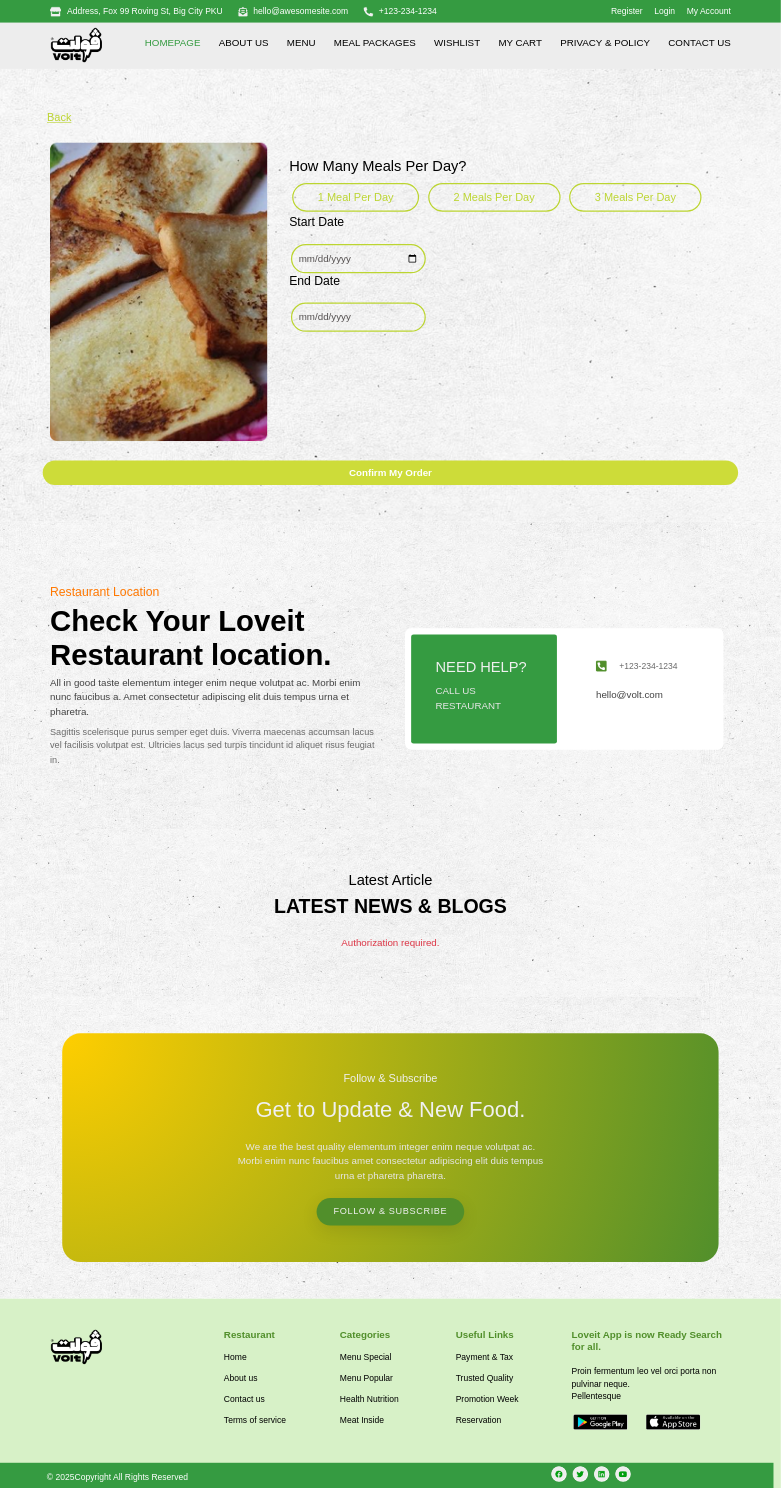
Repository: junivig/volt-new-project
Page: meal-packages-detail.html
An editor plug-in stored every save of this project. The page is shown before and after the next save, followed by the edit.
The browser window is 1280 px wide. The pictures show the whole page, at 61% of full size.

Above is the page before, as saved 2025-02-26 18:58:12.

### meal-packages-detail.html
<!DOCTYPE html>
<html lang="en">

<head>
  <meta charset="utf-8">
  <meta content="width=device-width, initial-scale=1.0" name="viewport">
  <title>Meal Packages Detail - Voltfood</title>
  <meta name="description" content="">
  <meta name="keywords" content="">

  <!-- Favicons -->
  <link href="assets/img/favicon.png" rel="icon">
  <link href="assets/img/apple-touch-icon.png" rel="apple-touch-icon">

  <!-- Fonts -->
  <link href="https://fonts.googleapis.com" rel="preconnect">
  <link href="https://fonts.gstatic.com" rel="preconnect" crossorigin>
  <link href="https://fonts.googleapis.com/css2?family=Roboto:ital,wght@0,100;0,300;0,400;0,500;0,700;0,900;1,100;1,300;1,400;1,500;1,700;1,900&family=Raleway:ital,wght@0,100;0,200;0,300;0,400;0,500;0,600;0,700;0,800;0,900;1,100;1,200;1,300;1,400;1,500;1,600;1,700;1,800;1,900&family=Ubuntu:ital,wght@0,300;0,400;0,500;0,700;1,300;1,400;1,500;1,700&display=swap" rel="stylesheet">

  <!-- Vendor CSS Files -->
  <link href="assets/vendor/bootstrap/css/bootstrap.min.css" rel="stylesheet">
  <link href="assets/vendor/bootstrap-icons/bootstrap-icons.css" rel="stylesheet">
  <link href="assets/vendor/aos/aos.css" rel="stylesheet">
  <link href="assets/vendor/glightbox/css/glightbox.min.css" rel="stylesheet">
  <link href="assets/vendor/swiper/swiper-bundle.min.css" rel="stylesheet">
  <link href="https://cdn.jsdelivr.net/npm/bootstrap@5.3.0/dist/css/bootstrap.min.css" rel="stylesheet">
    <script src="https://code.jquery.com/jquery-3.6.0.min.js"></script>
    <script src="https://cdn.jsdelivr.net/npm/bootstrap@5.3.0/dist/js/bootstrap.bundle.min.js"></script>
    <script src="https://cdn.jsdelivr.net/npm/flatpickr"></script>

  <!-- Main CSS File -->
  <link href="assets/css/main.css" rel="stylesheet">
  <script src="assets/js/constant.js"></script>
  <!-- Add Axios CDN -->
  <script src="https://cdn.jsdelivr.net/npm/axios/dist/axios.min.js"></script>

  <!-- =======================================================
  * Template Name: eNno
  * Template URL: https://bootstrapmade.com/enno-free-simple-bootstrap-template/
  * Updated: Aug 07 2024 with Bootstrap v5.3.3
  * Author: BootstrapMade.com
  * License: https://bootstrapmade.com/license/
  ======================================================== -->
</head>

<body class="index-page">

  <header id="header" class="header ">
    <div class="container-fluid  top-header">
      <div class="container-xl">
          <div class="row align-items-center">
              <div class="col-md-8 d-flex align-items-center">
                <nav id="navmenu" class="navmenu">
                  <ul>
                <li class="">
                  <img src="assets/img/location-icon.png" alt="Location Icon" class="icon-right">
                  <span class="top-header-text">Address, Fox 99 Roving St, Big City PKU</span>
              </li>
                <li class="">
                  <img src="assets/img/email-icon.png" alt="Email Icon" class="icon-right">
                  <span class="top-header-text">hello@awesomesite.com</span>
              </li>
              <li class="">
                <img src="assets/img/phone-icon.png" alt="Phone Icon" class="icon-right">
                <span class="top-header-text">+123-234-1234</span>
            </li>
                  </ul>
                </nav>
              </div>
              <div class="col-md-4 text-end">
                  <a href="auth.html" >Register</a>
                  <a href="auth.html">Login</a>
                  <a href="my-account.html">My Account</a>
              </div>
          </div>
        </div>
  </div>
    <div class="container-fluid container-xl position-relative d-flex align-items-center">

      <a href="index.html" class="logo d-flex align-items-center me-auto">

        <img src="assets/img/logo.png" alt="Logo Image">
      </a>

      <nav id="navmenu" class="navmenu">
        <ul>
          <li><a href="index.html" class="active">HOMEPAGE</a></li>
          <li><a href="about.html">ABOUT US</a></li>
          <li><a href="menu.html">MENU</a></li>
          <li><a href="meal-packages.html">MEAL PACKAGES</a></li>
          <li><a href="wishlist.html">WISHLIST</a></li>
          <li><a href="cart.html">MY CART</a></li>
          <li><a href="privacy-and-policy.html">PRIVACY & POLICY</a></li>
          <li><a href="contact.html">CONTACT US</a></li>
          <!-- <li class="dropdown"><a href="#"><span>Dropdown</span> <i class="bi bi-chevron-down toggle-dropdown"></i></a>
            <ul>
              <li><a href="#">Dropdown 1</a></li>
              <li class="dropdown"><a href="#"><span>Deep Dropdown</span> <i class="bi bi-chevron-down toggle-dropdown"></i></a>
                <ul>
                  <li><a href="#">Deep Dropdown 1</a></li>
                  <li><a href="#">Deep Dropdown 2</a></li>
                  <li><a href="#">Deep Dropdown 3</a></li>
                  <li><a href="#">Deep Dropdown 4</a></li>
                  <li><a href="#">Deep Dropdown 5</a></li>
                </ul>
              </li>
              <li><a href="#">Dropdown 2</a></li>
              <li><a href="#">Dropdown 3</a></li>
              <li><a href="#">Dropdown 4</a></li>
            </ul>
          </li> -->
        </ul>
        <i class="mobile-nav-toggle d-xl-none bi bi-list"></i>
      </nav>

      <!-- <a class="btn-getstarted" href="index.html#about">Get Started</a> -->

    </div>
  </header>

  <main class="main">


            <!-- Signature Section -->
            <section id="signature" class="signature section light-background bg-image">
              <a href="meal-packages.html"><button class="btn btn-back">Back</button></a>
              <!-- Section Title -->
              <div class="container section-title" data-aos="fade-up">
              </div><!-- End Section Title -->

              <div class="container">
                <div class="row">
                  <div class="col-lg-4 col-md-4 col-sm-12">
                      <img id="package-image" src="assets/img/meal-package-detail-img.png" alt="Meal Image" class="meal-image">
                  </div>
                  <div class="col-lg-8 col-md-8 col-sm-12 px-4">
                      <h2 id="package-title" class="meal-package-detail-heading"></h2>
                      <p id="package-description" class="meal-package-detail-text"></p>
                      <h2 id="package-amount" class="meal-package-detail-heading"> </h2>

                      <div id="menu-days"></div> <!-- Dynamic Menu Days -->

                      <div class="row mt-4">
                        <h4>How Many Meals Per Day?</h4>
                        <div id="meal-options">
                            <span class="meal-option" data-value="1 Meal Per Day">1 Meal Per Day</span>
                            <span class="meal-option" data-value="2 Meals Per Day">2 Meals Per Day</span>
                            <span class="meal-option" data-value="3 Meals Per Day">3 Meals Per Day</span>
                        </div>

                        <br>

                        <!-- Start Date -->
                        <h5>Start Date</h5>
                        <div class="date-picker-container mt-3">
                            <input type="date" id="start-date" placeholder="Select Start Date">
                        </div>

                        <!-- End Date -->
                        <h5>End Date</h5>
                        <div class="date-picker-container mt-3">
                            <input type="date" id="end-date" placeholder="Select End Date" disabled>
                        </div>
                    </div>

                    <script>
                        $(document).ready(function () {
                            // Allow only one meal option to be selected at a time
                            $(".meal-option").on("click", function () {
                                $(".meal-option").removeClass("selected"); // Remove selection from all
                                $(this).addClass("selected"); // Select the clicked one
                            });

                            // Enable end date only after selecting start date
                            $("#start-date").on("change", function () {
                                let startDate = $(this).val();
                                if (startDate) {
                                    $("#end-date").prop("disabled", false); // Enable end date
                                    $("#end-date").attr("min", startDate); // Prevent selecting a past date
                                } else {
                                    $("#end-date").prop("disabled", true); // Keep it disabled if no start date
                                }
                            });
                        });
                    </script>
                  </div>
              </div>
                <div class="row mt-4">
                  <button class="btn btn-meal-details mt-2">Confirm My Order </button>
                </div>
              </div>
            </section><!-- /Signature Section -->

<!-- Location Section -->
<section id="about" class="about section bg-image">
<div class="container">
  <div class="row ">

    <div class="col-lg-6 d-flex flex-column justify-content-center" data-aos="fade-up">
      <h4 class="about-us-text">Restaurant Location</h4>
      <h1>Check Your Loveit Restaurant location.</h1>
      <p>All in good taste elementum integer enim neque volutpat ac. Morbi enim nunc
        faucibus a. Amet consectetur adipiscing elit duis tempus urna et pharetra.</p>

        <span class="about-inner-text">Sagittis scelerisque purus semper eget duis. Viverra maecenas accumsan lacus vel
          facilisis volutpat est. Ultricies lacus sed turpis tincidunt id aliquet risus feugiat in.</span>
      </div>
      <div class="col-lg-6 mt-5" data-aos="zoom-out" data-aos-delay="100">
        <div class="container mt-4">
          <div class="inner-features">
          <div class="row gy-4">
            <div class="col-lg-6 d-flex " data-aos="fade-up" data-aos-delay="100">
              <div class="location-item-inner position-relative">
                <div class="row">
                    <h4 class="location-inner-heading">NEED HELP?</h4>
                    <p class="location-inner-text">CALL US RESTAURANT</p>
                </div>
              </div>
            </div><!-- End Call US Item -->

            <div class="col-lg-6 d-flex" data-aos="fade-up" data-aos-delay="100">
              <div class="location-item-inner-two position-relative">
                <div class="row">

                  <div class="">
                    <img src="assets/img/call-icon.png" alt="Location Icon" class="icon-right">
                    <span class="experience-bullet-text">+123-234-1234</span>
                  </div>
                    <p class="features-inner-text mt-4">hello@volt.com</p>
                </div>
              </div>
            </div><!-- End Call US Item -->

          </div>
        </div>
        </div>
      </div>
    </div>
  </div>
</div>

</section><!-- /Experience Section -->


<!-- News Section -->
<section id="news" class="news section light-background bg-image">
  <!-- Section Title -->
  <div class="container section-title" data-aos="fade-up">
    <h4 class="news-us-text">Latest Article</h4>
    <h2>Latest News & Blogs</h2>
  </div>
  <!-- End Section Title -->
  <div class="container news-container" id="news-container">
    <div class="row gy-4" >
        <!-- Dynamic news will be injected here -->
    </div>
</div>
</section><!-- /News Section -->


<script>
 document.addEventListener("DOMContentLoaded", async function () {
    if (typeof apiBaseUrl === "undefined") {
        console.error("❌ apiBaseUrl is not defined!");
        return;
    }

    const apiUrl = `${apiBaseUrl}packages`;
    const params = new URLSearchParams(window.location.search);
    const packageId = params.get("id");

    // Get token from localStorage
    const token = localStorage.getItem("accessToken");

    if (!packageId) {
        console.error("❌ No package ID found in the URL.");
        return;
    }

    if (!token) {
        console.error("❌ No auth token found.");
        return;
    }

    try {
        const response = await fetch(`${apiUrl}/${packageId}`, {
            headers: {
                "Content-Type": "application/json",
                "Accept": "application/json",
                "Authorization": `Bearer ${token}`
            }
        });

        const responseData = await response.json();
        console.log("📦 Package Data:", responseData);

        if (!response.ok) {
            throw new Error(responseData.message || "Failed to fetch package details");
        }

        const packageInfo = responseData?.data?.package;
        if (!packageInfo) {
            console.warn("⚠️ No package data available.");
            return;
        }

        // Safely update package details
        const titleElement = document.getElementById("package-title");
if (titleElement) {
    titleElement.innerHTML = `<h2>${packageInfo.title || "No title available"}</h2>`;

    const amountElement = document.getElementById("package-amount");
if (amountElement) {
  amountElement.innerHTML = `<h4>Price: SR${packageInfo.amount || "No amount available"}</h4>`;
}
}

        const descriptionElement = document.getElementById("package-description");
        if (descriptionElement) descriptionElement.innerText = packageInfo.description || "No description available";

        const imageElement = document.getElementById("package-image");
if (imageElement) {
    imageElement.src = packageInfo.image ? `${imgBaseUrl}${packageInfo.image}` : "default-image.jpg";
    imageElement.alt = packageInfo.title || "Package Image";
}



        // Show Menu Days
        const menuDaysElement = document.getElementById("menu-days");
        if (menuDaysElement && packageInfo.menu_days) {
            let menuHtml = "";
            packageInfo.menu_days.forEach(day => {
                menuHtml += `
                    <div class="menu-day">
                        <h3 class="meal-package-detail-heading" >${day.day}</h3>
                        <ul class="meal-package-detail-text">
                            <li><strong>Breakfast:</strong> ${day.breakfast || 'N/A'}</li>
                            <li><strong>Lunch:</strong> ${day.lunch || 'N/A'}</li>
                            <li><strong>Dinner:</strong> ${day.dinner || 'N/A'}</li>
                        </ul>
                    </div>
                `;
            });
            menuDaysElement.innerHTML = menuHtml;
        }
    } catch (error) {
        console.error("🔥 Error fetching package data:", error.message);
    }
});

</script>


<!-- API News & Testimonial Implementation -->
<script>
  document.addEventListener("DOMContentLoaded", async function () {
      const token = localStorage.getItem("accessToken");

      // API URLs
      const newsApiUrl = `${apiBaseUrl}news`;
      const testimonialsApiUrl = `${apiBaseUrl}testimonials`;

      // DOM Elements
      const newsContainer = document.getElementById("news-container")?.querySelector(".row");
      const testimonialWrapper = document.getElementById("testimonial-wrapper");

      // Ensure containers exist
      if (!newsContainer) console.error("Error: news-container not found.");
      if (!testimonialWrapper) console.error("Error: testimonial-wrapper not found.");

      // Fetch Data Function
      async function fetchData(url, container, renderFunction) {
          try {
              if (!token) {
                  console.error("Error: No access token found!");
                  container.innerHTML = "<p class='text-center text-danger'>Authorization required.</p>";
                  return;
              }

              const response = await fetch(url, {
                  method: "GET",
                  headers: {
                      "Content-Type": "application/json",
                      "Accept": "application/json",
                      "Authorization": `Bearer ${token}`
                  }
              });

              const data = await response.json();
              if (data.status === 200) {
                  renderFunction(data.data);
              } else {
                  console.error("Failed to fetch data:", data.message);
                  container.innerHTML = "<p>Unable to load content at the moment.</p>";
              }
          } catch (error) {
              console.error("Error fetching data:", error);
              container.innerHTML = "<p>An error occurred while loading content.</p>";
          }
      }

      // Render News Function
      function renderNews(newsData) {
          newsContainer.innerHTML = "";
          newsData.news.forEach(item => {
              const newsHtml = `
                  <div class="col-lg-4 col-md-4 col-sm-12 mb-4">
                      <div class="news-item position-relative">
                          <div>     <img src="${imgBaseUrl}${item.image}"  alt="${item.title}"   style="width: 100%;"></div>
                          <div class="mt-3 px-3">
                              <img src="assets/img/calendar-icon.png" alt="Calendar Icon" class="icon-right">
                              <span class="news-date-text">March 17, 2022</span>
                          </div>
                          <h3 class="px-3 mt-2">${item.name}</h3>
                          <p class="px-3 mt-2">${item.description.substring(0, 150)}...</p>
                      </div>
                  </div>
              `;
              newsContainer.insertAdjacentHTML("beforeend", newsHtml);
          });
      }

      // Render Testimonials Function
      function renderTestimonials(testimonialsData) {
          testimonialWrapper.innerHTML = "";
          testimonialsData.testimonials.forEach(testimonial => {
              const testimonialHtml = `
                  <div class="swiper-slide">
                      <div class="testimonial-item">
                          <div class="testimonial-item-bg">
                              <p>
                                  <img src="assets/img/testimonials/testimonial-symbol.png" class="image-fluid" alt="">
                                  <br><br>
                                  <span>${testimonial.description}</span>
                              </p>
                          </div>
                          <img src="${imgBaseUrl}${testimonial.image}"  alt="${testimonial.title}" style="margin-top:-30px;" >
                          <h3>${testimonial.name}</h3>
                          <h4>${testimonial.designation}</h4>
                      </div>
                  </div>
              `;
              testimonialWrapper.insertAdjacentHTML("beforeend", testimonialHtml);
          });

          // Reinitialize Swiper
          new Swiper(".init-swiper", {
              loop: true,
              speed: 600,
              autoplay: { delay: 5000 },
              slidesPerView: 3,
              spaceBetween: 40,
              pagination: {
                  el: ".swiper-pagination",
                  type: "bullets",
                  clickable: true
              },
              breakpoints: {
                  320: { slidesPerView: 1, spaceBetween: 20 },
                  768: { slidesPerView: 2, spaceBetween: 30 },
                  1200: { slidesPerView: 3, spaceBetween: 40 }
              }
          });
      }

      // Fetch News & Testimonials
      if (newsContainer) fetchData(newsApiUrl, newsContainer, renderNews);
      if (testimonialWrapper) fetchData(testimonialsApiUrl, testimonialWrapper, renderTestimonials);
  });
</script>

  </main>

 <!-- /Subscribe Footer Section -->
  <!-- Footer will be loaded here -->
  <div id="footer-placeholder"></div>

  <script>
    // Load footer.html into the placeholder div
    fetch("footer.html")
        .then(response => response.text())
        .then(data => {
            document.getElementById("footer-placeholder").innerHTML = data;
        })
        .catch(error => console.error("Error loading footer:", error));
</script>

  <!-- Scroll Top -->
  <a href="#" id="scroll-top" class="scroll-top d-flex align-items-center justify-content-center"><i class="bi bi-arrow-up-short"></i></a>

  <!-- Preloader -->
  <div id="preloader"></div>

  <!-- Vendor JS Files -->
  <script src="assets/vendor/bootstrap/js/bootstrap.bundle.min.js"></script>
  <script src="assets/vendor/php-email-form/validate.js"></script>
  <script src="assets/vendor/aos/aos.js"></script>
  <script src="assets/vendor/glightbox/js/glightbox.min.js"></script>
  <script src="assets/vendor/purecounter/purecounter_vanilla.js"></script>
  <script src="assets/vendor/imagesloaded/imagesloaded.pkgd.min.js"></script>
  <script src="assets/vendor/isotope-layout/isotope.pkgd.min.js"></script>
  <script src="assets/vendor/swiper/swiper-bundle.min.js"></script>

  <!-- Main JS File -->
  <script src="assets/js/main.js"></script>

</body>

</html>

Loaded but not shown: assets/vendor/bootstrap/css/bootstrap.min.css (library); assets/vendor/bootstrap-icons/bootstrap-icons.css (library); assets/vendor/aos/aos.css (library); assets/vendor/glightbox/css/glightbox.min.css (library); assets/vendor/swiper/swiper-bundle.min.css (library); assets/vendor/bootstrap/js/bootstrap.bundle.min.js (library); assets/vendor/php-email-form/validate.js (common file); assets/vendor/aos/aos.js (library); assets/vendor/glightbox/js/glightbox.min.js (library); assets/vendor/purecounter/purecounter_vanilla.js (library); assets/vendor/imagesloaded/imagesloaded.pkgd.min.js (library); assets/vendor/isotope-layout/isotope.pkgd.min.js (library); assets/vendor/swiper/swiper-bundle.min.js (library); assets/js/main.js (209 lines, source omitted); assets/js/constant.js (3 lines, source omitted); assets/css/main.css (2883 lines, source omitted); footer.html (93 lines, source omitted)

After the next save:
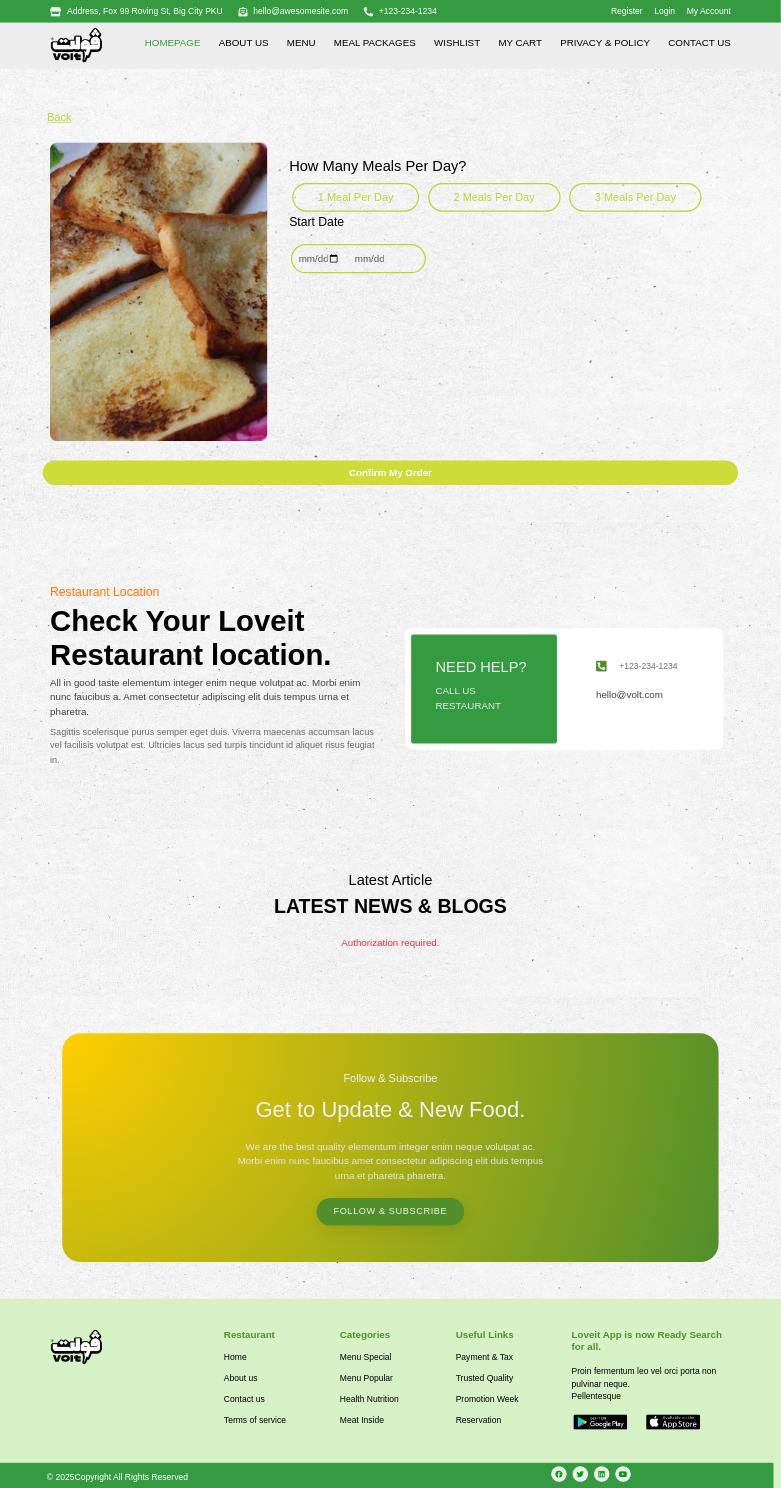
Saved 82 s later.
--- a/meal-packages-detail.html
+++ b/meal-packages-detail.html
@@ -153,13 +153,16 @@
                         <!-- Start Date -->
                         <h5>Start Date</h5>
                         <div class="date-picker-container mt-3">
-                            <input type="date" id="start-date" placeholder="Select Start Date">
-                        </div>
-
-                        <!-- End Date -->
-                        <h5>End Date</h5>
-                        <div class="date-picker-container mt-3">
-                            <input type="date" id="end-date" placeholder="Select End Date" disabled>
+                          <div class="row">
+                            <div class="col-5">
+                              <input type="date" id="start-date" placeholder="Select Start Date">
+
+                            </div>
+                            <div class="col-5">
+                              <input type="date" id="end-date" placeholder="Select End Date" disabled>
+
+                            </div>
+                          </div>
                         </div>
                     </div>
 
